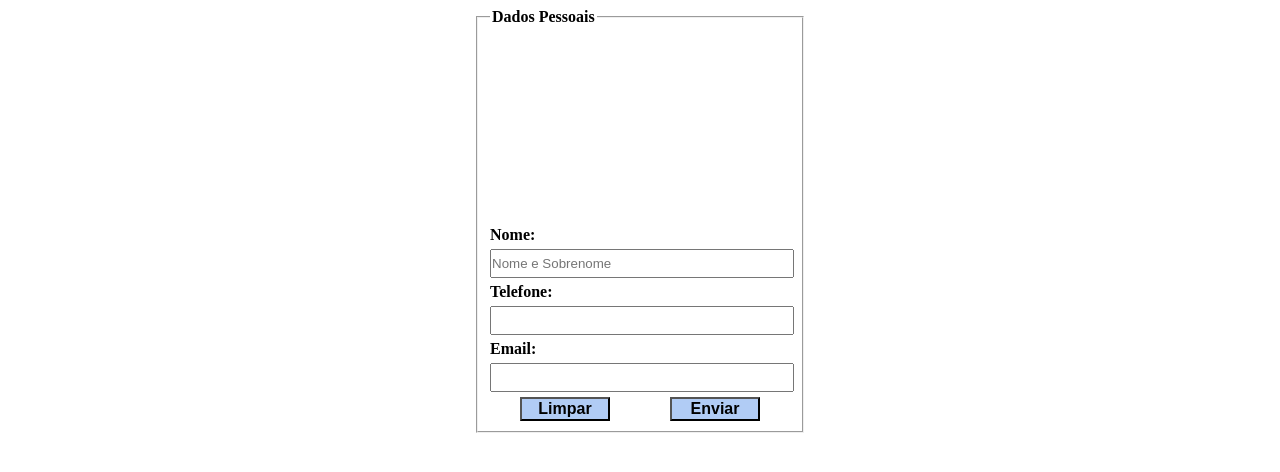
Repository: vitorrausis/Projeto_Final_TrilhaWeb
Page: ProjetoWebJava-main/exemploServlet/src/main/webapp/contato.html
An editor plug-in stored every save of this project. The page is shown before and after the next save, followed by the edit.
The browser window is 1280 px wide. The pictures show the whole page.

Above is the page before, as saved 2024-03-21 23:36:24.

After the next save:
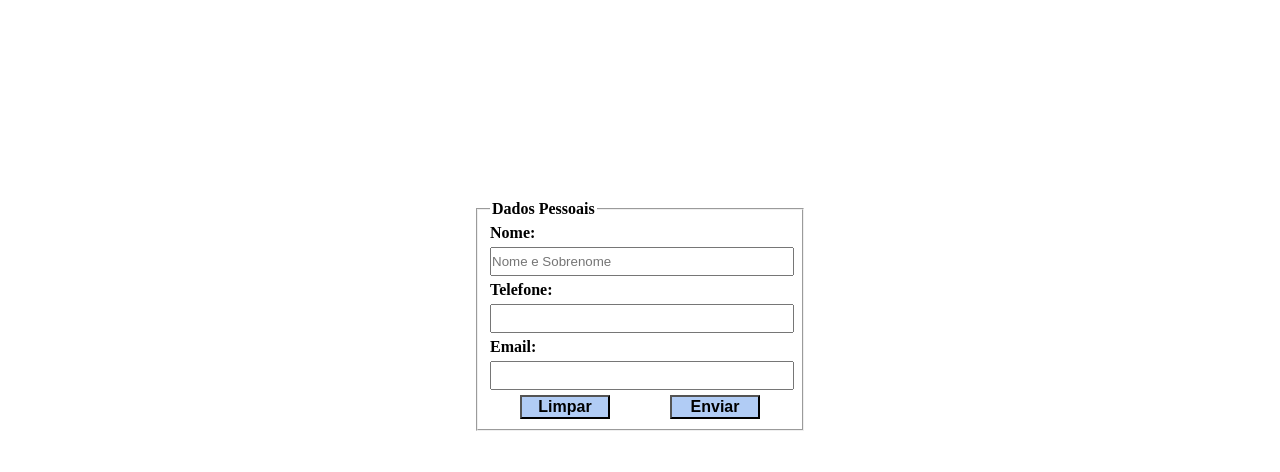
Saved 26 s later.
--- a/ProjetoWebJava-main/exemploServlet/src/main/webapp/style.css
+++ b/ProjetoWebJava-main/exemploServlet/src/main/webapp/style.css
@@ -3,7 +3,7 @@
 .faleConosco{
     width: 300px;
     margin: 0px auto;
-    padding-top: 200px;
+    margin-top: 200px;
     font-weight: bold;
     margin-bottom: 10px;
 }
